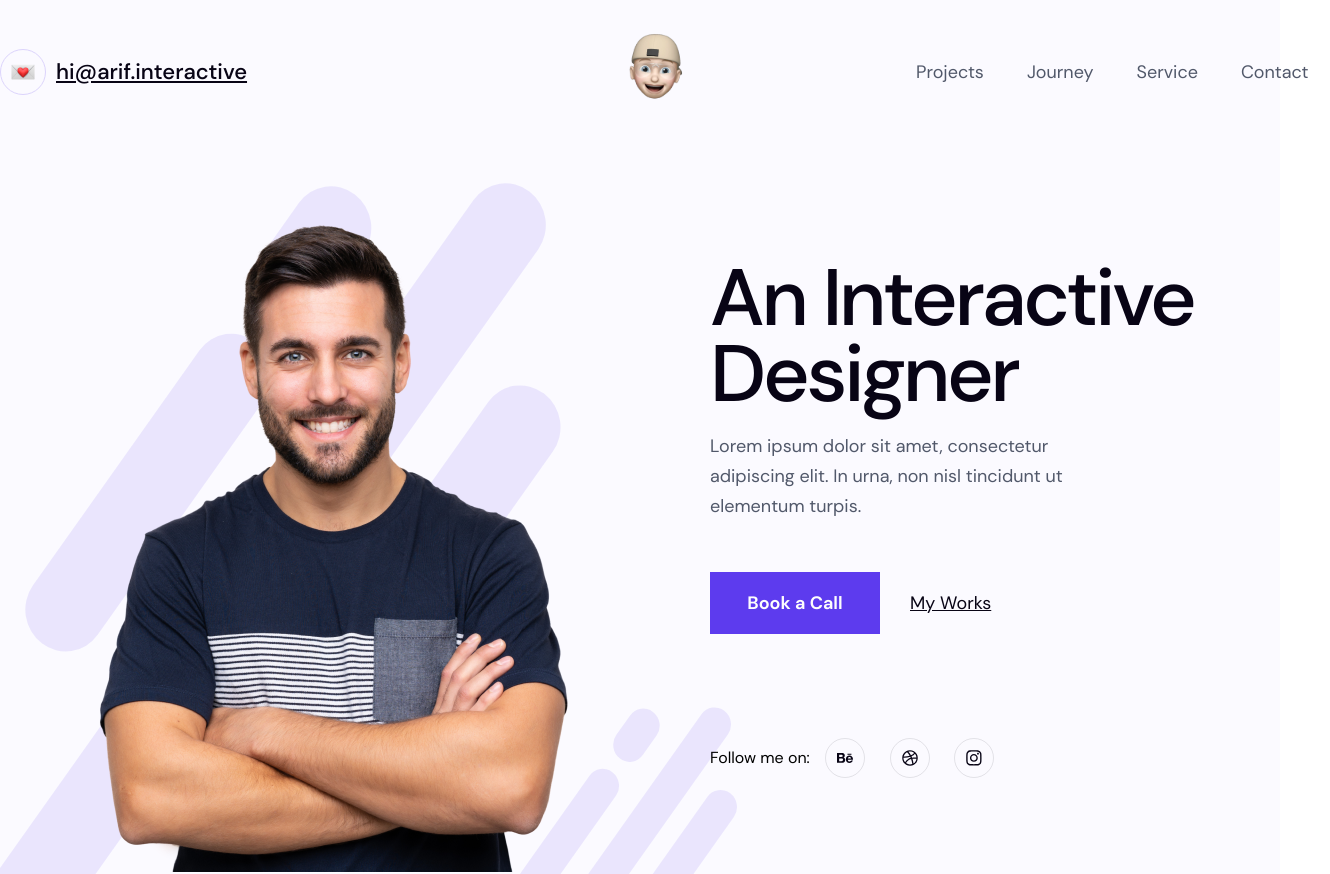
Repository: trantangtuan/project-06-grid-system12column-demo
Page: index.html
These files come from the project's save history. The page is drawn as it stood at one moment and after the next save; the edit follows.
The browser window is 1280 px wide. The page is 1330 px wide, so the pictures cover 1330 px, including what lies to the right of the window. The pictures show the whole page.

Above is the page before, as saved 2024-07-13 21:21:19.

After the next save:
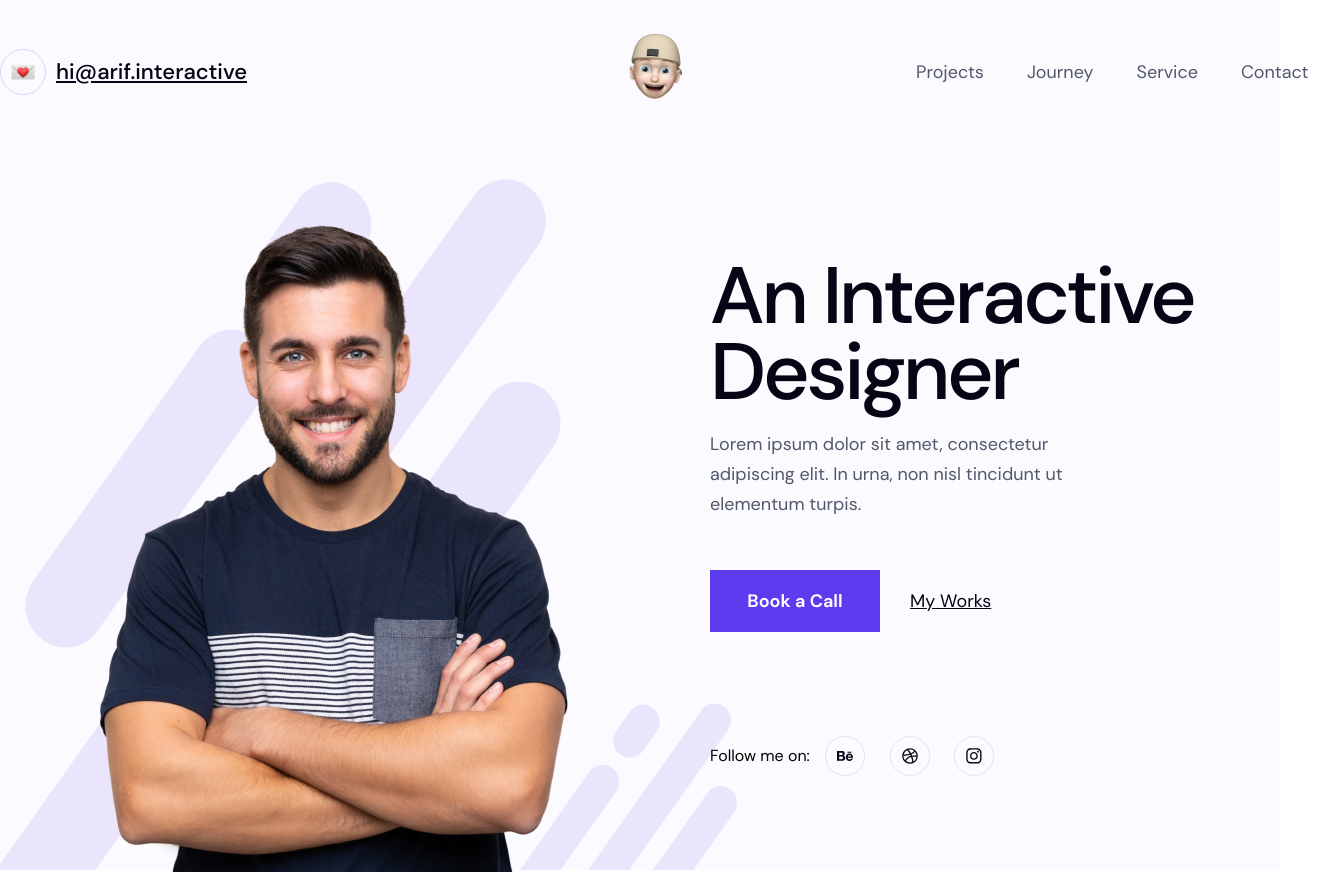
Saved 12 s later.
--- a/assets/css/style.css
+++ b/assets/css/style.css
@@ -138,7 +138,7 @@ a {
 
 .hero__img {
   width: 514px;
-  margin-bottom: -1px;
+  margin-bottom: -5px;
 }
 
 .hero__right {
